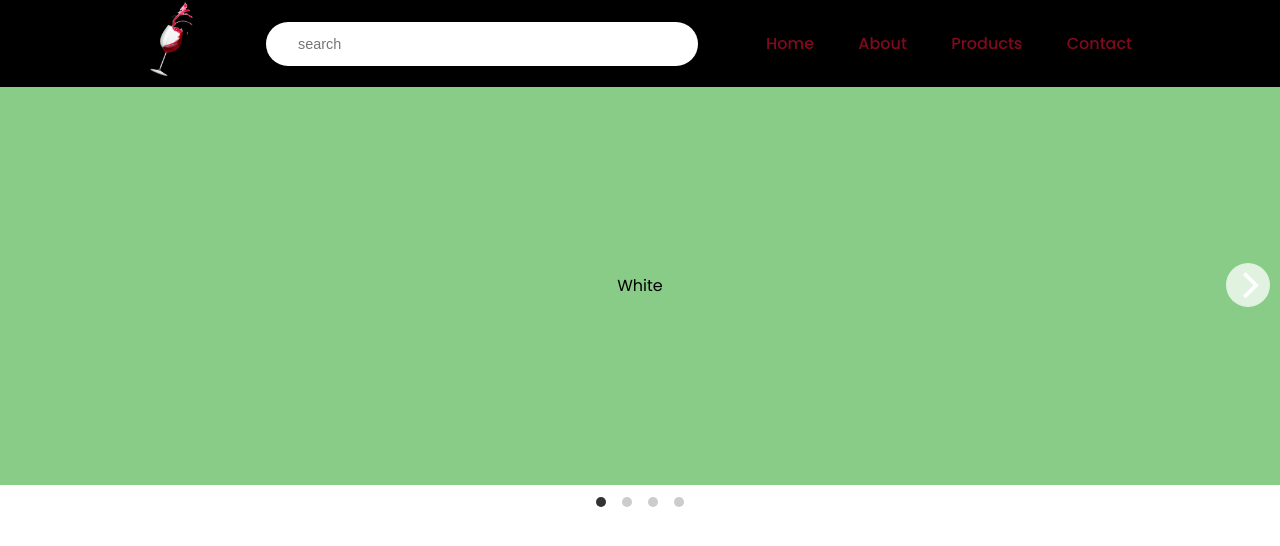
Repository: vncntxl/assesment3
Page: index.html
The author's editor kept a copy of each file at every save. The page is drawn from the files as they stood at one save, then again after the next save.
The browser window is 1280 px wide. The pictures show the whole page.
Some icons come from a web library that is not loaded, so they are not drawn.

Above is the page before, as saved 2024-08-21 17:49:51.

### index.html
<!DOCTYPE html>
<html lang="en">
<head>
    <meta charset="UTF-8">
    <meta name="viewport" content="width=device-width, initial-scale=1.0">
    <title>Document</title>
    <link rel="stylesheet" href="styles.css">
    <link rel="stylesheet" href="https://unicons.iconscout.com/release/v4.0.0/css/line.css">
    <link rel="stylesheet" href="https://unpkg.com/flickity@2/dist/flickity.min.css">

</head>
<body>
    <!-- START OF NAVBAR -->
    <nav class="nav">
        <div class="container">
            <a href="index.html">
                <img class="logo" src="images/logo.png">
            </a>
            <div class="search-bar">
                <i class="uil uil-search"></i>
                <input type="search" placeholder="search">
            </div>
          <ul>
            <li><a href="#" class="current">Home</a></li>
            <li><a href="#">About</a></li>
            <li><a href="#">Products</a></li>
            <li><a href="#">Contact</a></li>
          </ul>
        </div>
      </nav>
      <!-- END OF NAVBAR -->
       <!-- START OF HERO SECTION -->
        <div class="hero-section">
            <div class="carousel" data-flickity>
                <div class="carousel-cell">White</div>
                <div class="carousel-cell">Red</div>
                <div class="carousel-cell">Rose</div>
                <div class="carousel-cell">Sparkling</div>
              </div>
        </div>
</body>
<script src="https://unpkg.com/flickity@2/dist/flickity.pkgd.min.js"></script>
</html>

### styles.css
/* font */
@import url('https://fonts.googleapis.com/css2?family=Poppins:ital,wght@0,100;0,200;0,300;0,400;0,500;0,600;0,700;0,800;0,900;1,100;1,200;1,300;1,400;1,500;1,600;1,700;1,800;1,900&display=swap');

*{
    padding: 0;
    margin: 0;
    box-sizing: border-box;
    outline: none;
    border: none;
}

body{
    font-family: 'Poppins',sans-serif;
}

.container{
    width: 80%;
    margin: 0 auto;
}

nav {
    width: 100%;
    background-color: black;
    padding: 0.7 rem 0;
    position: fixed;
    top: 0;
    z-index: 10;
}

.logo {
    max-width: 90px;
}
nav .container{
    display: flex;
    align-items: center;
    justify-content: space-between;
}

.search-bar {
    background-color: #fff;
    border-radius: 2rem;
    padding: 0.6rem 1rem;
    margin: 15px;
}

.search-bar input[type="search"]{
    background: transparent;
    width: 30vw;
    margin-left: 1rem;
    font-size: 0.9rem;
    color: #800A1D;

}

nav li {
    display: inline-block;
    padding: 0 20px;
}

nav li a {
   text-decoration: none;
   color: #800A1D;
   font-weight: 500;
}

.hero-section {
    margin-top: 85px;
}

.carousel {
    background: #EEE;
  }

  .carousel-cell {
    width: 100%;
    height: 400px;
    background: #8C8;
    display: flex;
    align-items: center;
    justify-content: center;
  }

  /* cell number */
  .carousel-cell:before {
    display: block;
    text-align: center;
    line-height: 200px;
    font-size: 80px;
    color: white;
  }


  /* big buttons, no circle */
  .flickity-prev-next-button {
    width: 100px;
    height: 100px;
    background: transparent;
  }
  /* arrow color */
  .flickity-prev-next-button .arrow {
    fill: white;
  }
  .flickity-prev-next-button.no-svg {
    color: white;
  }
  .flickity-prev-next-button:hover {
    background: transparent;
  }
  /* hide disabled button */
  .flickity-prev-next-button:disabled {
    display: none;
  }

After the next save:
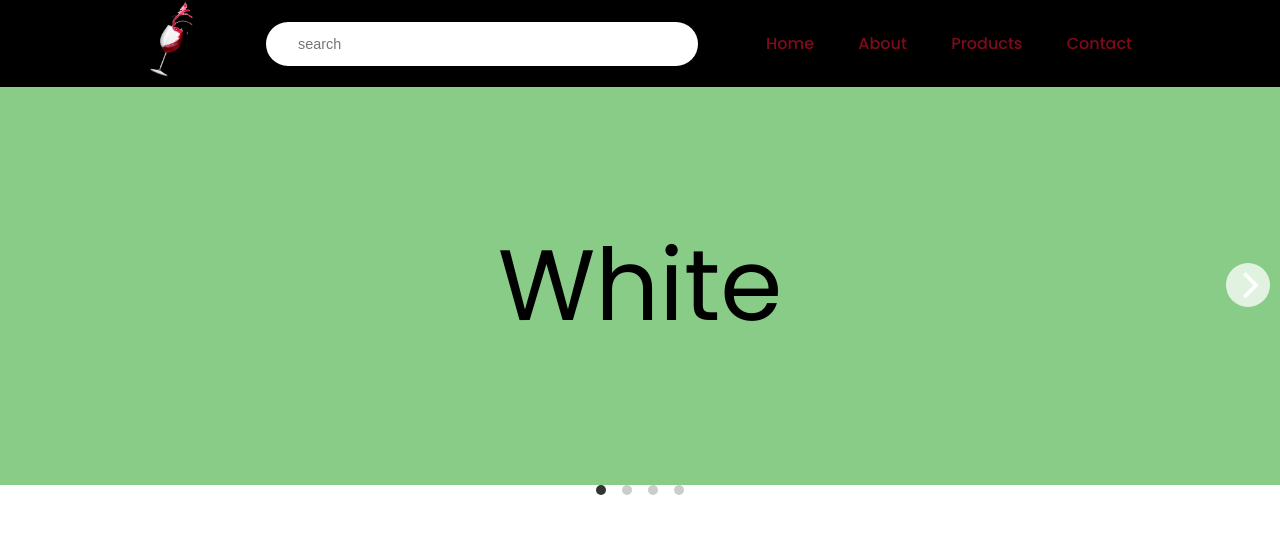
Saved 17 s later.
--- a/styles.css
+++ b/styles.css
@@ -69,6 +69,7 @@ nav li a {
 
 .carousel {
     background: #EEE;
+    font-size: 100px
   }
 
   .carousel-cell {
